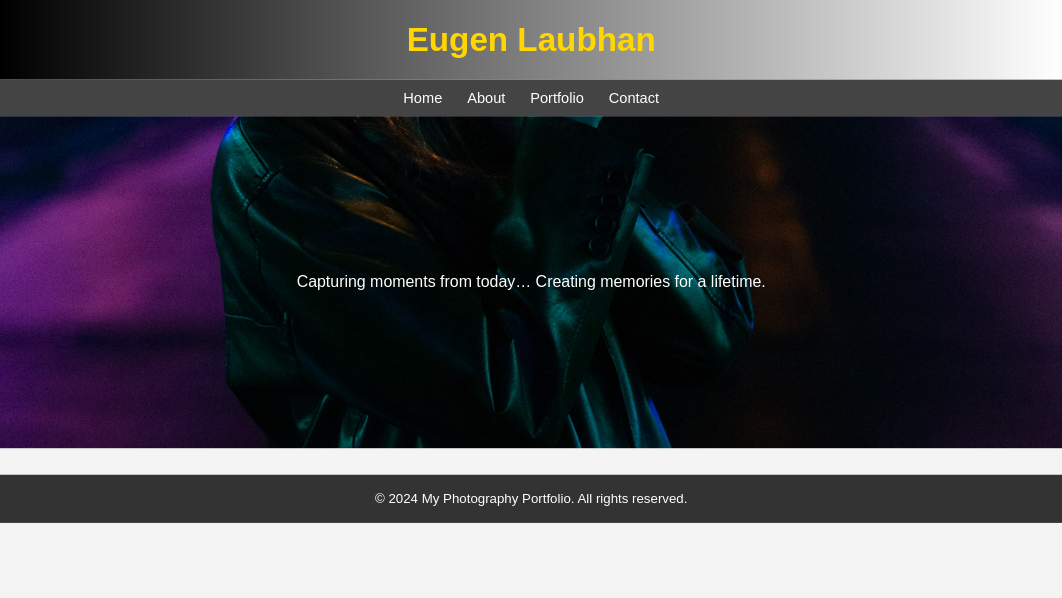
Repository: eugenLau/eugenlau.github.io.LEGACY
Page: /
An editor plug-in stored every save of this project. The page is shown before and after the next save, followed by the edit.
The browser window is 1280 px wide. The pictures show the whole page, at 83% of full size.
The project was rebuilt for these pictures with package versions that can differ from the ones it lists, and the page was loaded fresh each time. Also part of the build but not shown: src/components/About.js, src/components/Portfolio.js, src/components/Contact.js.

Above is the page before, as saved 2024-08-26 21:23:17.

After the next save:
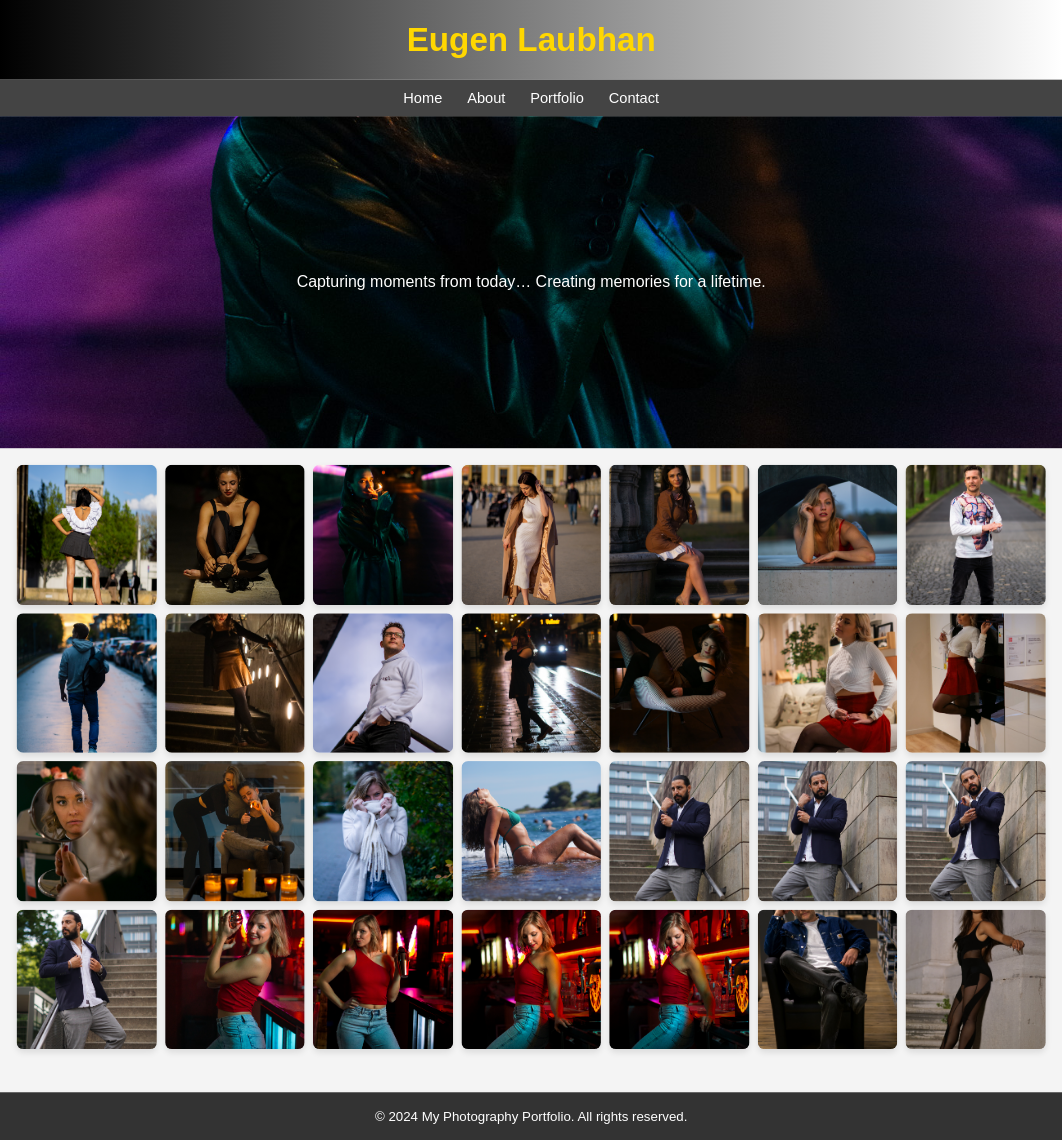
Saved 3 min 6 s later.
--- a/src/App.js
+++ b/src/App.js
@@ -15,6 +15,7 @@ import './styles/About.css';
 import './styles/Portfolio.css';
 import './styles/Contact.css';
 import './styles/Footer.css';
+import PhotoGrid from './components/PhotoGrid';
 
 const App = () => (
   <Router>
@@ -27,6 +28,7 @@ const App = () => (
         <Route path="/portfolio" element={<Portfolio />} />
         <Route path="/contact" element={<Contact />} />
       </Routes>
+      <PhotoGrid/>
       <Footer />
     </div>
   </Router>
